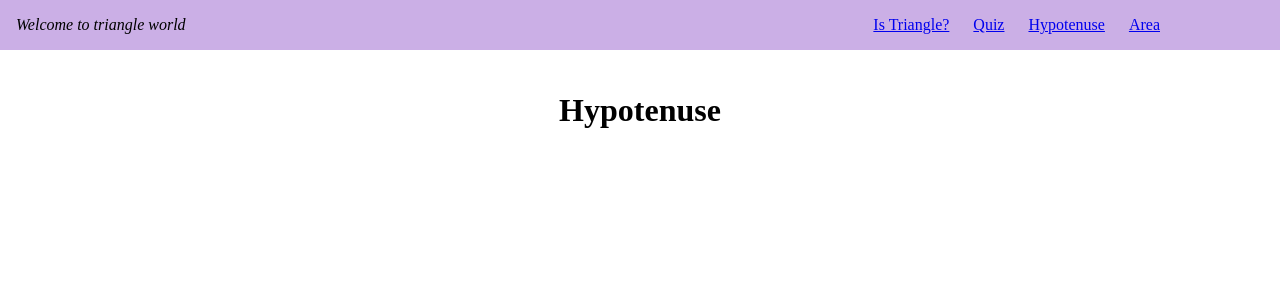
Repository: patelamancode/Fun-with-trianles
Page: hypotenuse.html
An editor plug-in stored every save of this project. The page is shown before and after the next save, followed by the edit.
The browser window is 1280 px wide. The pictures show the whole page.

Above is the page before, as saved 2022-11-29 01:41:29.
Console error: TypeError: Cannot read properties of null (reading 'addEventListener')

### hypotenuse.html
<!DOCTYPE html>
<html lang="en">
<head>
    <meta charset="UTF-8">
    <meta http-equiv="X-UA-Compatible" content="IE=edge">
    <meta name="viewport" content="width=device-width, initial-scale=1.0">
    <link rel="stylesheet" href="index.css">
    <title>Hypotenuse of triangle</title>
</head>
<body>
    <nav id="navbar">
        <p id="nav-title">Welcome to triangle world</p>
        <div id="nav-links">
            <a href="index.html" id="Is-triangle">Is Triangle?</a>
            <a href="quiz.html" id="Is-triangle">Quiz</a>
            <a href="hypotenuse.html" id="hypo">Hypotenuse</a>
            <a href="area.html" id="area">Area</a>
        </div>
    </nav>
    <div id="main-container">
        <h1>Hypotenuse</h1>
    </div>
    <script src="index.js"></script>
</body>
</html>

### index.css
* {
  margin: 0;
  padding: 0;
}

#navbar {
  background-color: rgba(143, 82, 201, 0.459);
  display: flex;
  flex-direction: row;
  justify-content: space-between;
  padding: 1rem;
}
#nav-title {
  font-style: italic;
  font-weight: 300;
  font-size: medium;
}
#nav-links {
  display: flex;
  flex-direction: row;
  justify-content: space-around;
  margin-right: 5rem;
}

#nav-links a {
    display: flex;
    margin-right: 1.5rem;
    cursor: pointer;
}

#main-container {
  display: flex;
  flex-direction: column;
  width: 40vw;
  margin: auto;
  margin-top: 2rem;
  padding: 10px;
  text-align: center;
}

.app-title {
  margin: 2rem 0 0 0;
}

#error-check-for-angles{
  background-color: yellow;
  display: none;
  padding: 0.5rem;
}

label {
  margin-top: 2rem;
  margin-bottom: 0.3rem;
  text-align: left;
  font-family: monospace;
}
input {
  border: 2px solid rgb(134, 55, 207);
  border-radius: 5px;
  padding: 5px;
}

/* For Quiz page */

.question-container{
  display: flex;
  flex-direction: column;
  width: 50vw;
  margin: auto;
  padding: 10px;

}
.question-container p{
  text-align: left;
  margin-top: 2rem;
  padding-bottom: 10px;
}
.question-container .quiz-option{
  margin-top: 5px;
}

/* For Hypotenuse of triangle */


#check-btn, #submit-btn {
  margin: auto;
  text-align: center;
  margin-top: 2rem;
  width: 40%;
  padding: 5px 0px;
  background-color: rgba(143, 82, 201, 0.521);
  border: 1px solid;
  border-radius: 5px;
}
#result-display {
    display: none;
    padding-top: 1rem;
    font-style: italic;
    margin: auto;
  }

### index.js
const angle1 = document.querySelector('#angle1-input');
const angle2 = document.querySelector('#angle2-input');
const angle3 = document.querySelector('#angle3-input');
const button = document.querySelector('#check-btn');
const output = document.querySelector('#result-display');
const errorForInputs = document.querySelector('#error-check-for-angles');

function showOutputMessage(msg){
    output.style.display = "flex";
    output.innerText = msg;
}

function calculateSumOfAngles(input1,input2,input3){
    let sumOfAngles = input1 + input2 + input3;
    if(sumOfAngles === 180){
        showOutputMessage("Yeah..🤗This is a triangle");
    }else showOutputMessage("Please enter some valid inputs to form a triangle 🤪");
}
function isTriangle(){
    let num1 = Number(angle1.value);
    let num2 = Number(angle2.value);
    let num3 = Number(angle3.value);
    if(!num1 || !num2 || !num3){
        showOutputMessage("Please make sure about all inputs as per mention format");
    }else {
        calculateSumOfAngles(num1,num2,num3);
    }
}

button.addEventListener('click', function(){
    isTriangle();
});

After the next save:
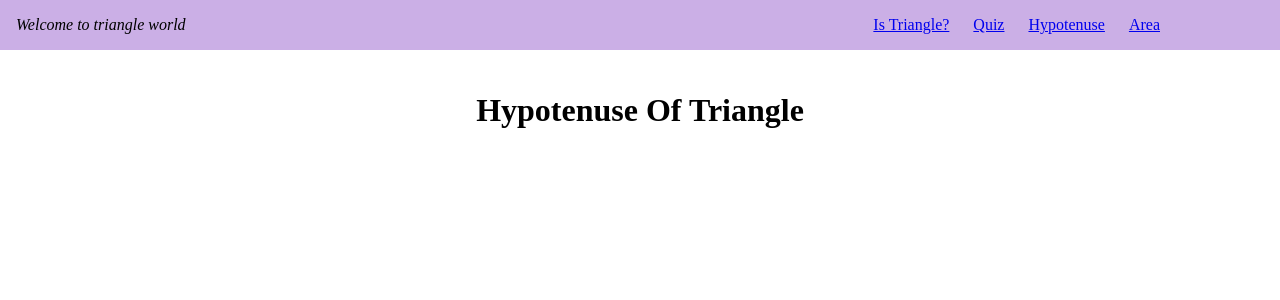
Saved 2 min 57 s later.
--- a/hypotenuse.html
+++ b/hypotenuse.html
@@ -18,7 +18,8 @@
         </div>
     </nav>
     <div id="main-container">
-        <h1>Hypotenuse</h1>
+        <h1>Hypotenuse Of Triangle</h1>
+        <label for="side-one"></label>
     </div>
     <script src="index.js"></script>
 </body>
